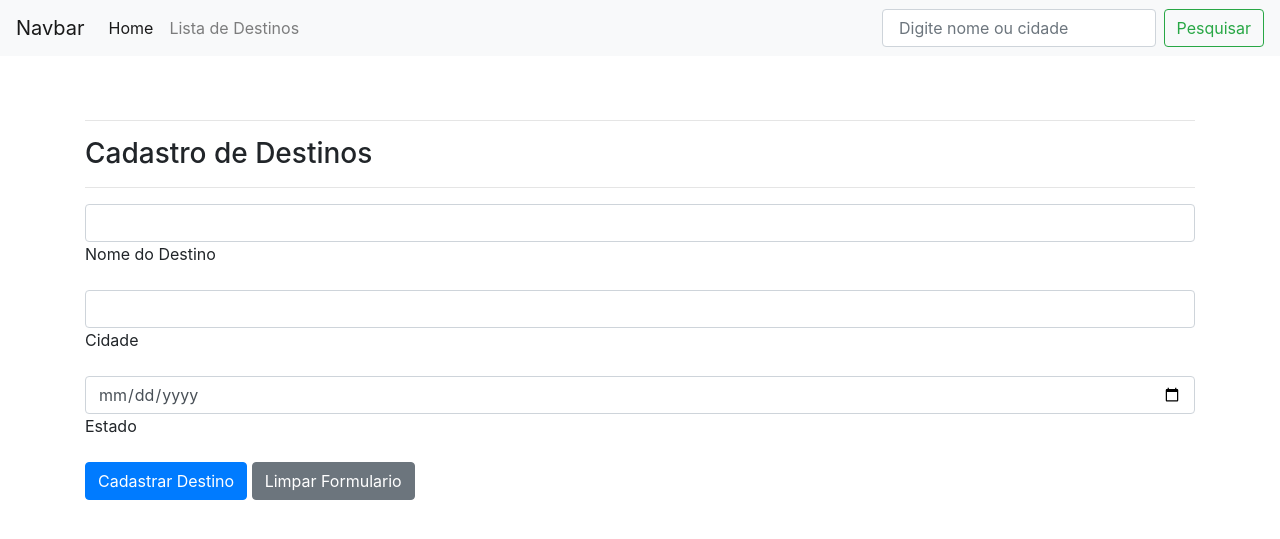
Repository: SolanoBarcelos/AtvPratMod4
Page: CrudJAVA/AtvPratMod4/src/main/webapp/index.html
The author's editor kept a copy of each file at every save. The page is drawn from the files as they stood at one save, then again after the next save.
The browser window is 1280 px wide. The pictures show the whole page.

Above is the page before, as saved 2022-02-13 20:00:24.

After the next save:
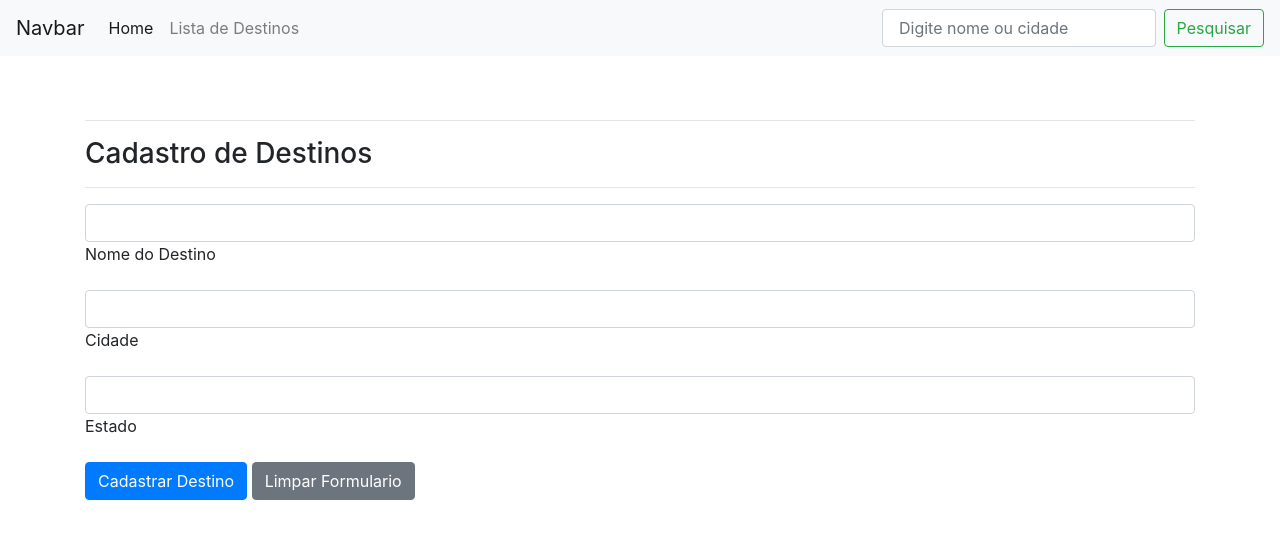
Saved 107 s later.
--- a/CrudJAVA/AtvPratMod4/src/main/webapp/index.html
+++ b/CrudJAVA/AtvPratMod4/src/main/webapp/index.html
@@ -46,18 +46,20 @@
 
 <form action="DestinoCreateAndSFind" method="POST">
 				<div class="form-floating mb-3">
+
 						<input name="nome" maxlength="40" type="text" class="form-control" id="floatingInput1">
 						<label>Nome do Destino</label>
 					</div>
+
 					<div class="form-floating mb-3">
-						<input name="cpf" maxlength="11" type="text" class="form-control">
+						<input name="cidade" maxlength="30" type="text" class="form-control">
 						<label>Cidade</label>
 					</div>
+
 					<div class="form-floating mb-3">
-						<input name="nascimento" type="date" class="form-control" placeholder="Nascimento">
+						<input name="estado" maxlength="30" type="text" class="form-control">
 						<label>Estado</label>
 					</div>
-
 
 					<button class="btn btn-primary" type="submit">Cadastrar
 						Destino</button>
